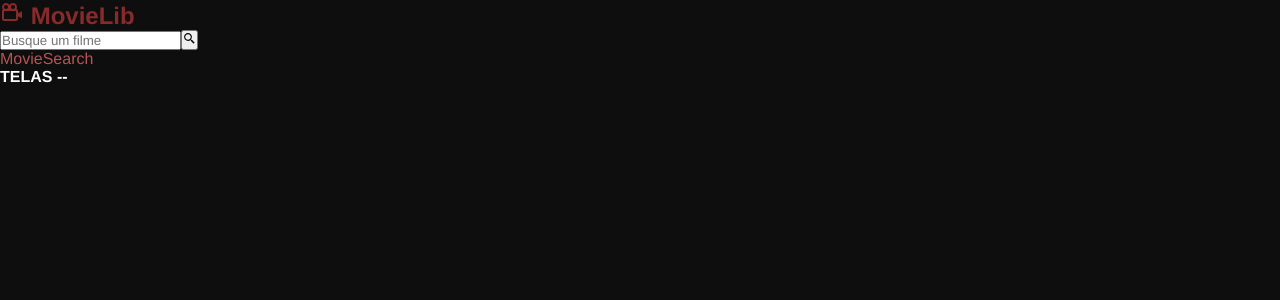
Repository: gustavo-eng/MovieLib
Page: /
An editor plug-in stored every save of this project. The page is shown before and after a run of saves, followed by the edit.
The browser window is 1280 px wide. The pictures show the whole page.
The page's requests for data from a server got no answer. The project was rebuilt for these pictures with package versions that can differ from the ones it lists, and the page was loaded fresh each time. No one was signed in, and anything a server would have sent is missing. Also part of the build but not shown: vite.config.js, src/Pages/Movie.jsx, src/Pages/Search.jsx.

Above is the page before, as saved 2022-12-31 01:15:29.

### src/main.jsx
import React from 'react'
import ReactDOM from 'react-dom/client'

import './index.css'

import {BrowserRouter, Routes,  Route } from 'react-router-dom'

import App from './App'
import Movie from './Pages/Movie'
import Home from './Pages/Home'
import Search from './Pages/Search'

ReactDOM.createRoot(document.getElementById('root')).render(
  <React.StrictMode>
    <BrowserRouter>
      <Routes>
        <Route element={<App />}>
          <Route path='/' element={<Home/>}/>
          <Route path='movie/:id' element={<Movie />}/>
          <Route path='search' element={<Search />}/>
        </Route>
      </Routes>
    </BrowserRouter>
  </React.StrictMode>,
)

### src/index.css
* {
  font-family: 'Franklin Gothic Medium', 'Arial Narrow', Arial, sans-serif;
  margin: 0;
  padding: 0;
  box-sizing: border-box;
}

body {
  background-color: rgb(14, 14, 14);
  color: white;
}

a {
  text-decoration: none;
  color: rgb(183, 84, 84);
  transition: .3s;
}

a:hover {
  color: rgb(137, 42, 42) ;
}

### src/App.jsx
import { useState } from 'react'
import React from 'react'

//Rotas
import { Link, Outlet } from 'react-router-dom'

//Components
import Navbar from './Components/Navbar'

function App() {
  const [count, setCount] = useState(0)

  return (
    <div className="App">
      <Navbar />
      <Link to={'/movie/13'}>Movie</Link>
      <Link to={'/search'}>Search</Link>
      <h4>TELAS -- </h4>
      <Outlet />
    </div>
  )
}

export default App

### src/Pages/Home.jsx
import React from "react";
import { useState } from "react";
import { useEffect } from "react";


const moviesURL = import.meta.env.VITE_API;
const apiKey = import.meta.env.VITE_API_KEY;


const Home = () => {
    const [topFilmes, setTopFilmes] = useState([])

    const getTopFilmes = async (url) => {
        const res = await fetch(url)
        const data = await res.json()

        console.warn(data.results)
        setTopFilmes(data.results)

    }

    useEffect(() => {
        const topRateUrl = `${moviesURL}top_rated?${apiKey}`
        getTopFilmes(topRateUrl)
        console.log(topRateUrl)
    }, [])



    return (
        <div className="Home">
            {
                topFilmes ? null : null
            }
        </div>
    )
}

export default Home;

### src/Components/Navbar.jsx
import React from "react";

import { useState } from "react";
//Rotas
import { Link } from "react-router-dom";

//Icons
import {BiCameraMovie, BiSearchAlt2} from 'react-icons/bi'

const Navbar = () => {
    return (
       <nav id="navbar">
            <h2>
                <Link to={'/'}><BiCameraMovie /> MovieLib </Link>
            </h2>
            <form>
                <input type="text" placeholder="Busque um filme"/>
                <button type="submit"> <BiSearchAlt2 /></button>
            </form>
       </nav>
    )
}

export default Navbar;

Loaded but not shown: index.html (common file)

After the next 2 saves:
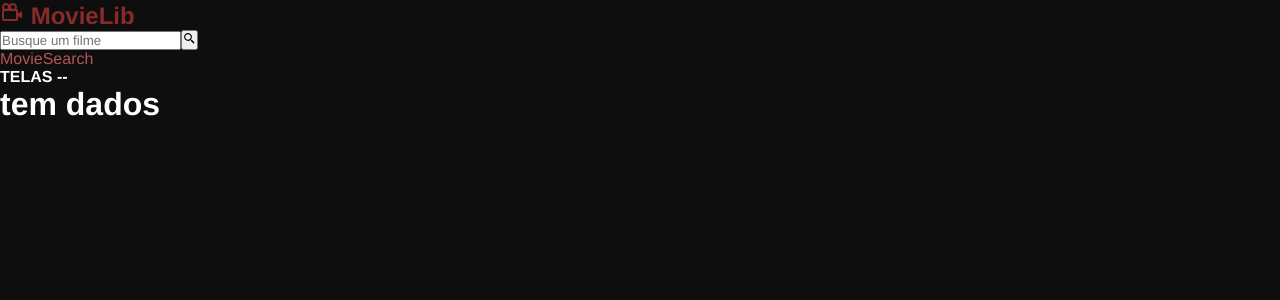
The 2 saves are shown as one change because 1 did not build or start.
The last was saved 24 s later.
--- a/src/Pages/Home.jsx
+++ b/src/Pages/Home.jsx
@@ -30,7 +30,7 @@
     return (
         <div className="Home">
             {
-                topFilmes ? null : null
+                topFilmes ? <h1> tem dados </h1> : null
             }
         </div>
     )

After the 2 saves that followed:
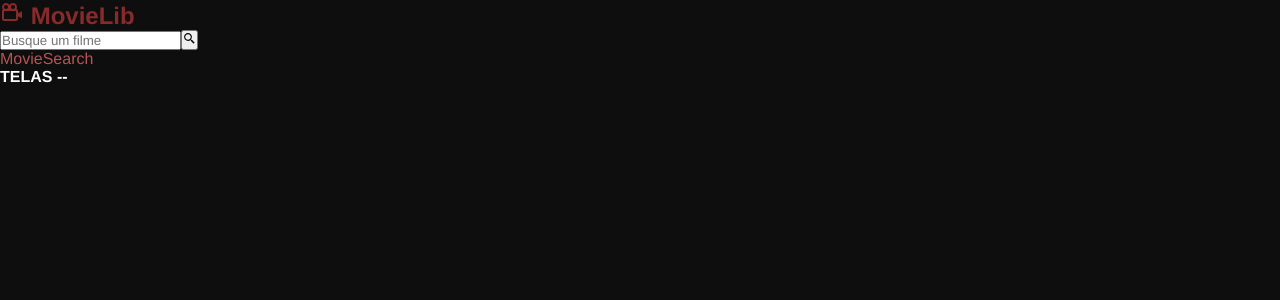
The 2 saves are shown as one change because they came seconds apart.
The last was saved 9 s later.
--- a/src/Pages/Home.jsx
+++ b/src/Pages/Home.jsx
@@ -30,7 +30,7 @@
     return (
         <div className="Home">
             {
-                topFilmes ? <h1> tem dados </h1> : null
+                topFilmes ? null : null
             }
         </div>
     )
